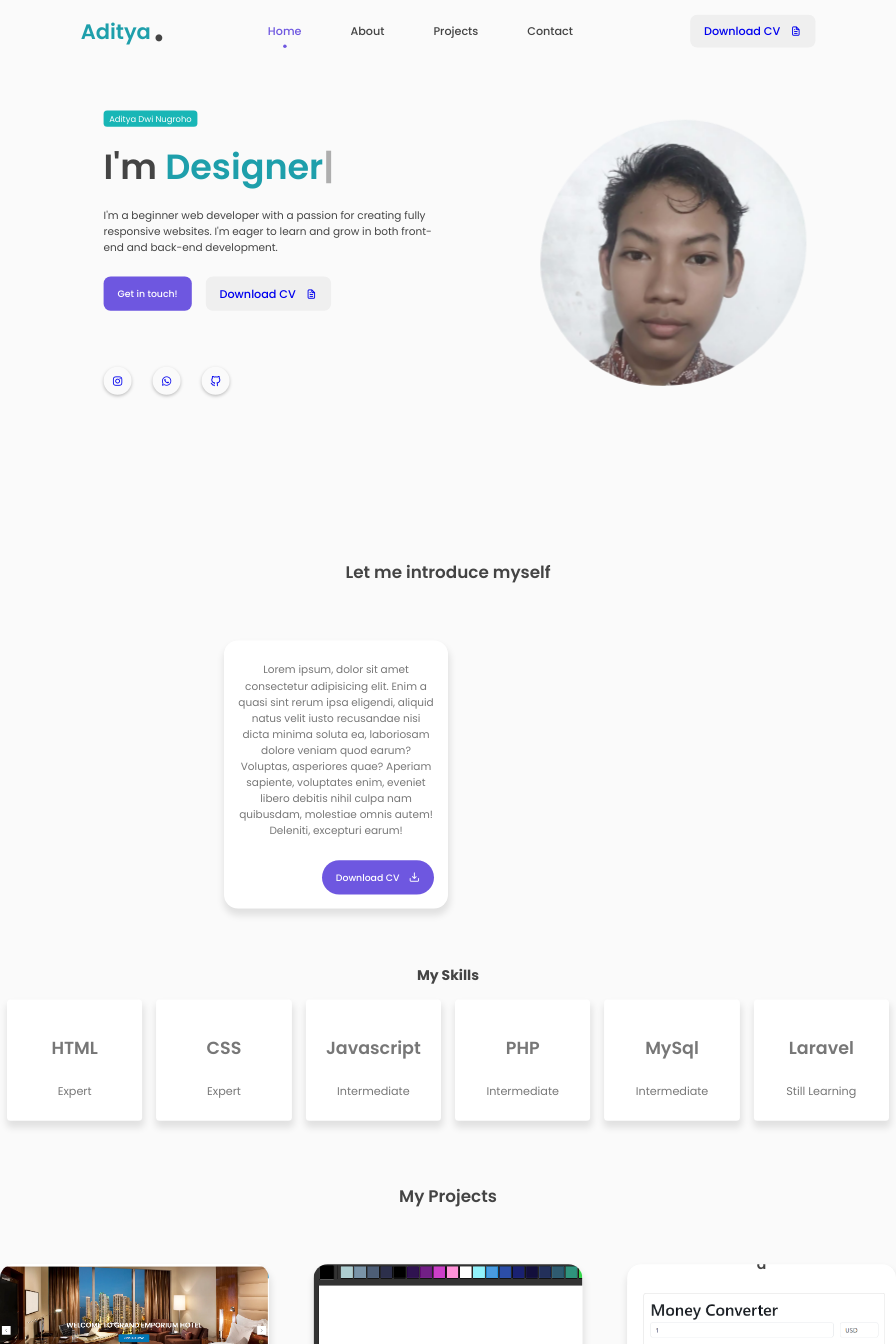
Repository: 4Kbrain/Portofolio
Page: index.html
The author's editor kept a copy of each file at every save. The page is drawn from the files as they stood at one save, then again after the next save.
The browser window is 1280 px wide. The pictures show the part of the page from y = 0 to 1920 px (the page is 3153 px tall before and 3023 px after), at 70% of full size.

Above is the page before, as saved 2024-05-15 19:18:06.
Console error: ReferenceError: ScrollReveal is not defined

After the next save:
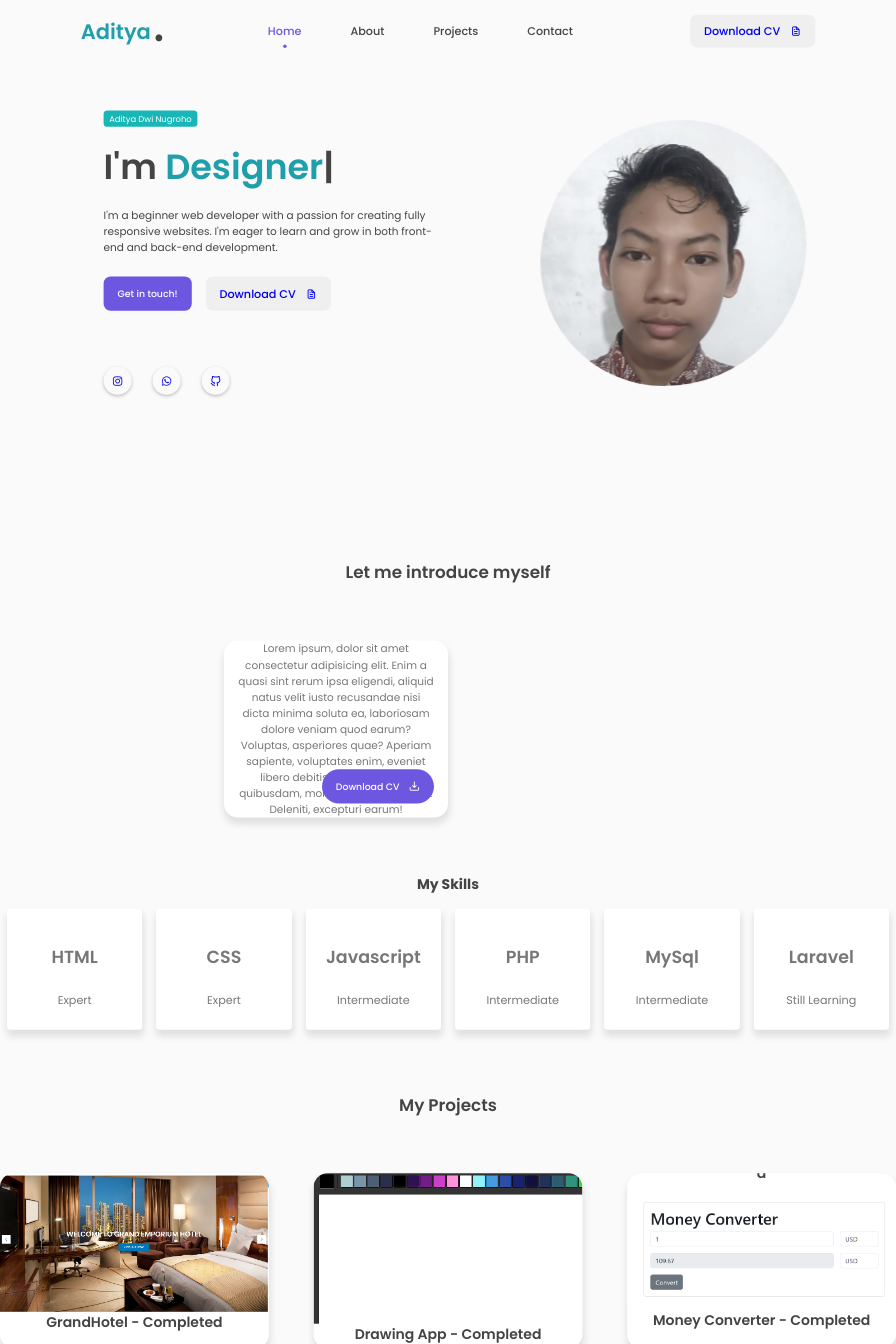
Saved 5 s later.
--- a/assets/css/style.css
+++ b/assets/css/style.css
@@ -310,6 +310,7 @@ h3{
     text-align: center;
     margin-left: 50%;
     flex-direction: column;
+    wra
     padding-block: 30px 100px;
     padding-inline: 20px;
     width: 100%;
